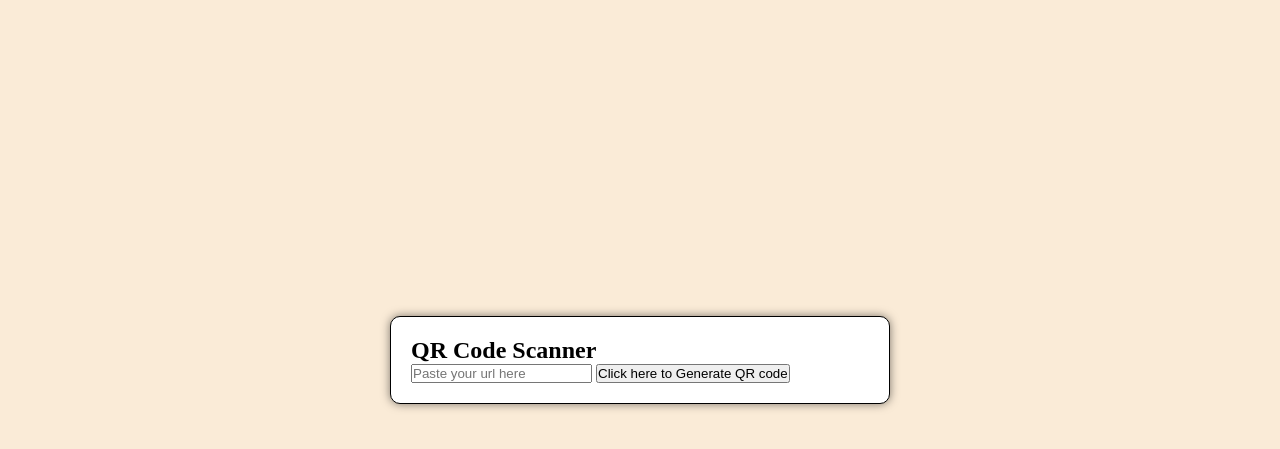
Repository: JunaidAnsari202/QR-Scanner
Page: index.html
These files come from the project's save history. The page is drawn as it stood at one moment and after a run of saves; the edit follows.
The browser window is 1280 px wide. The pictures show the whole page.

Above is the page before, as saved 2024-10-12 12:18:23.

### index.html
<!DOCTYPE html>
<html lang="en">
<head>
    <meta charset="UTF-8">
    <meta name="viewport" content="width=device-width, initial-scale=1.0">
    <title>Document</title><link rel="stylesheet" href="style.css">
</head>
<body>
    <div class="qr-container">
        <h2>QR Code Scanner</h2>
        <input type="text" id="qr-input" placeholder="Paste your url here">
        <button id="qr-button">Click here to Generate QR code</button>
        <img src="" alt="" id="qr-img">
    </div>
</body>
<script src="scripit.js"></script>
</html>

### style.css
*{
    padding: 0;
    margin: 0;
    box-sizing: border-box;
}

body{
    background-color: antiquewhite;
    display: flex;
    justify-content: center;
    align-items: center;
    height: 100vh;
}

.qr-container{
    border: 1px solid black;
    border-radius: 10px;
    padding: 20px;
    width: 500px;
    box-shadow: 0 0 10px 0 rgba(0,0,0,0.5 );
    background-color: white;
}

h2{

}

Loaded but not shown: scripit.js (no copy from this time; the picture is the same without it)

After the next 8 saves:
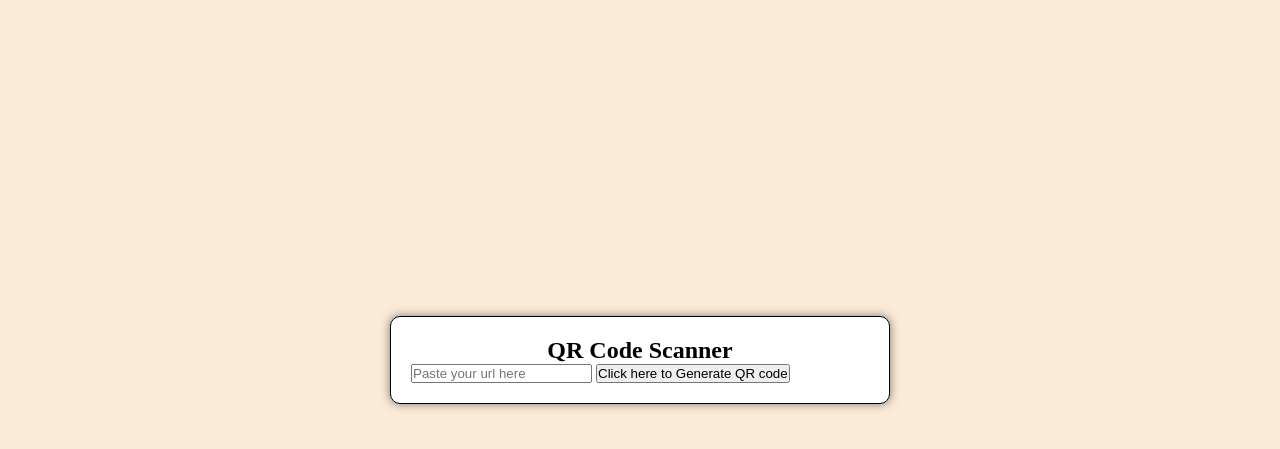
The 8 saves are shown as one change because they came seconds apart.
The last was saved 15 s later.
--- a/style.css
+++ b/style.css
@@ -22,5 +22,6 @@ body{
 }
 
 h2{
-
+    text-align: center;
+    marg
 }
